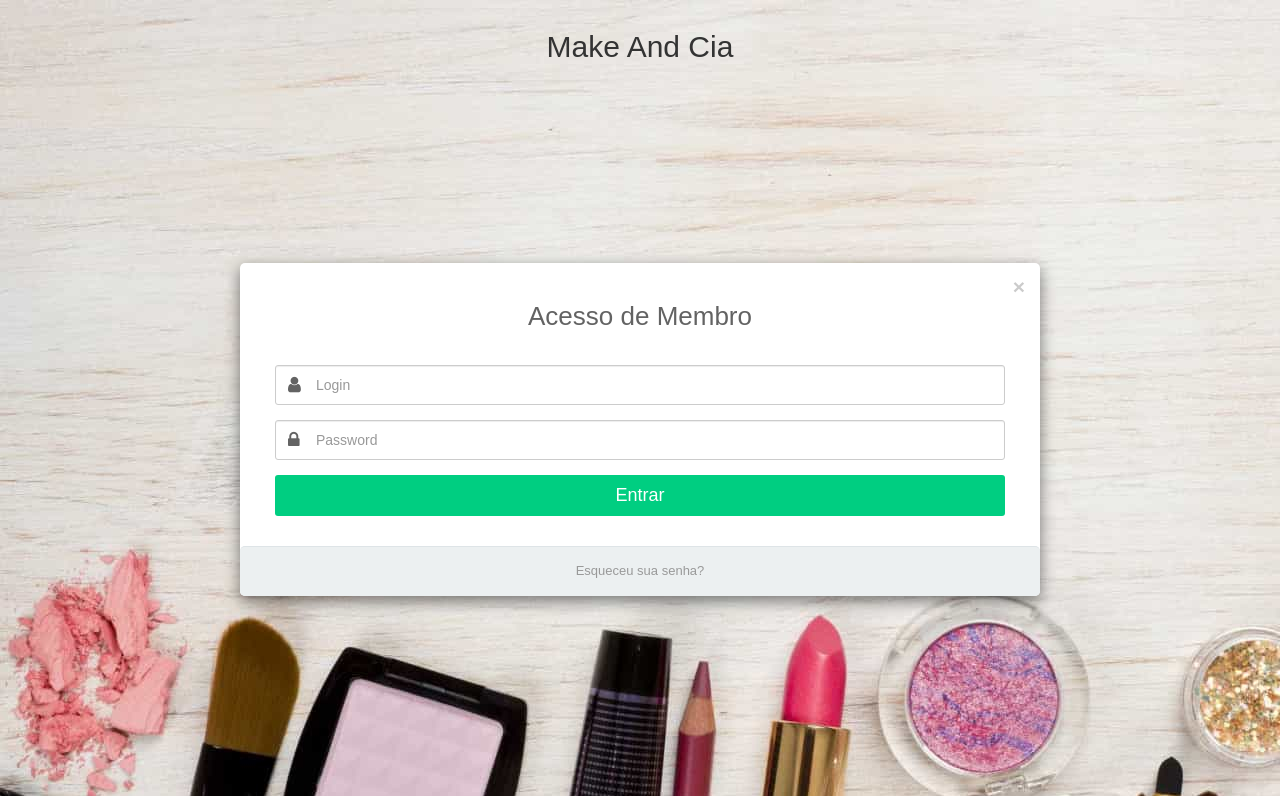
Repository: thuliobarbosa/Make_and_Cia
Page: Projeto_Make&Cia/MakeAndCia/WebContent/www/login.html
An editor plug-in stored every save of this project. The page is shown before and after the next save, followed by the edit.
The browser window is 1280 px wide. The pictures show the whole page.
Some web fonts or font styles are not loaded; a fallback is used.

Above is the page before, as saved 2020-11-10 20:04:28.

### Projeto_Make&Cia/MakeAndCia/WebContent/www/login.html
<!DOCTYPE html>
<html lang="en">
<head>
<meta charset="utf-8">
<meta http-equiv="X-UA-Compatible" content="IE=edge">
<meta name="viewport" content="width=device-width, initial-scale=1">
<title>Bootstrap Elegant Modal Login Modal Form with Icons</title>
<link href="https://fonts.googleapis.com/css?family=Roboto|Varela+Round" rel="stylesheet">
<link rel="stylesheet" href="https://maxcdn.bootstrapcdn.com/font-awesome/4.7.0/css/font-awesome.min.css">
<link rel="stylesheet" href="https://maxcdn.bootstrapcdn.com/bootstrap/3.3.7/css/bootstrap.min.css">
<script src="https://ajax.googleapis.com/ajax/libs/jquery/1.12.4/jquery.min.js"></script>
<script src="https://maxcdn.bootstrapcdn.com/bootstrap/3.3.7/js/bootstrap.min.js"></script>
<style>
    body {
		font-family: 'Varela Round', sans-serif;
		background-image: url("dist/img/make2.jpg")
	}
	.title {
		margin: 30px auto;
		text-align: center;
	}
	.modal-login {
		color: #636363;
		width: 800px;
		margin: 200px auto;
	}
	.modal-login .modal-content {
		padding: 20px;
		border-radius: 5px;
		border: none;
	}
	.modal-login .modal-header {
		border-bottom: none;
		position: relative;
		justify-content: center;
	}
	.modal-login h4 {
		text-align: center;
		font-size: 26px;
	}
	.modal-login  .form-group {
		position: relative;
	}
	.modal-login i {
		position: absolute;
		left: 13px;
		top: 11px;
		font-size: 18px;
	}
	.modal-login .form-control {
		padding-left: 40px;
	}
	.modal-login .form-control:focus {
		border-color: #00ce81;
	}
	.modal-login .form-control, .modal-login .btn {
		min-height: 40px;
		border-radius: 3px;
	}
	.modal-login .hint-text {
		text-align: center;
		padding-top: 10px;
	}
	.modal-login .close {
        position: absolute;
		top: -5px;
		right: -5px;
	}
	.modal-login .btn {
		background: #00ce81;
		border: none;
		line-height: normal;
	}
	.modal-login .btn:hover, .modal-login .btn:focus {
		background: #00bf78;
	}
	.modal-login .modal-footer {
		background: #ecf0f1;
		border-color: #dee4e7;
		text-align: center;
		margin: 0 -20px -20px;
		border-radius: 5px;
		font-size: 13px;
		justify-content: center;
	}
	.modal-login .modal-footer a {
		color: #999;
	}
	.trigger-btn {
		display: inline-block;
		margin: 100px auto;
	}
</style>
</head>
<body>

	<div class="title">
		<h2>Make And Cia</h2>
	</div>


<!-- Modal HTML -->
	<div class="modal-dialog modal-login">
		<div class="modal-content">
			<div class="modal-header">
				<h4 class="modal-title">Acesso de Membro</h4>
				<button type="button" class="close" data-dismiss="modal" aria-hidden="true">&times;</button>
			</div>
			<div class="modal-body">
				<form role="form" id="tela-login">
					<div class="form-group">
						<i class="fa fa-user"></i>
						<input type="text" class="form-control" placeholder="Login" required="required" id="">
					</div>
					<div class="form-group">
						<i class="fa fa-lock"></i>
						<input type="password" class="form-control" placeholder="Password" required="required">
					</div>
					<div class="form-group">
						<input type="submit" class="btn btn-primary btn-block btn-lg" value="Entrar">
					</div>
				</form>
			</div>
			<div class="modal-footer">
				<a href="#">Esqueceu sua senha?</a>
			</div>
		</div>
	</div>
</body>
</html>

After the next save:
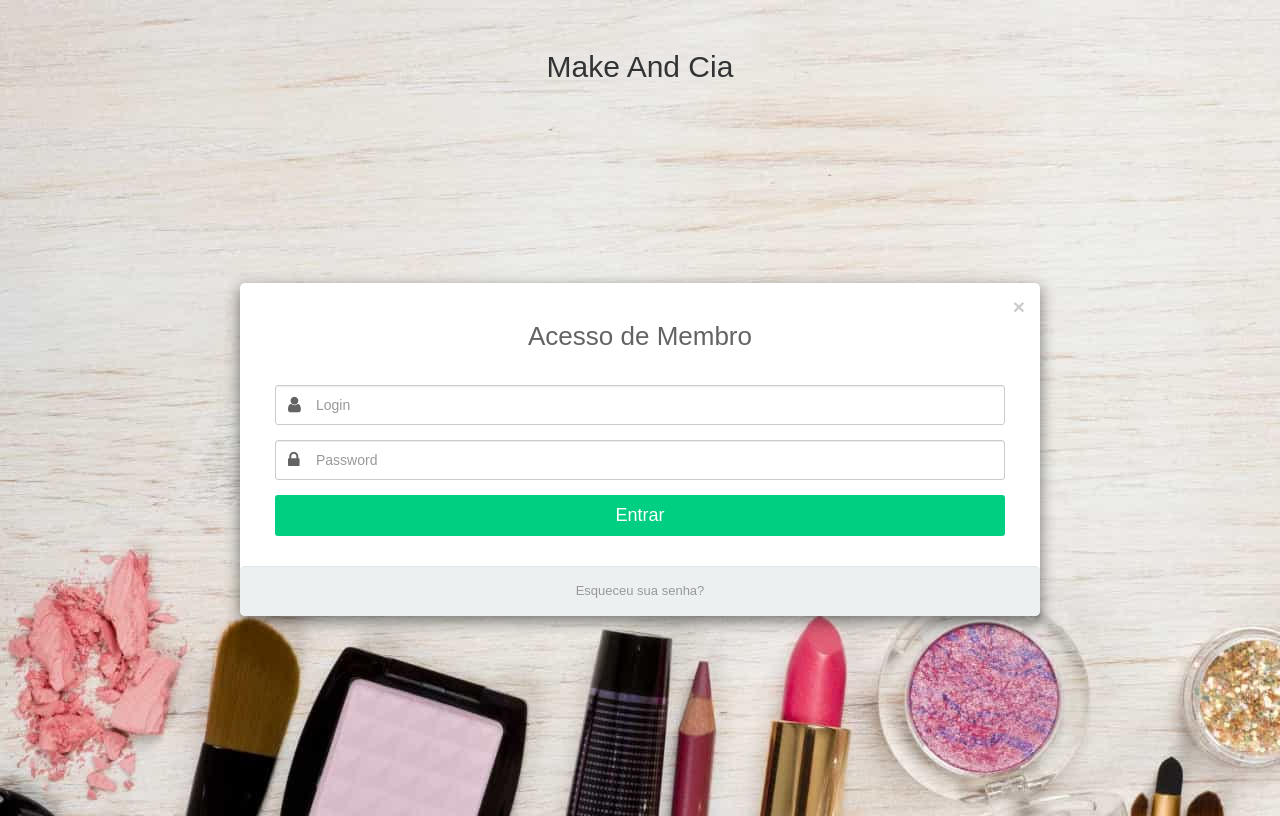
Saved 5 s later.
--- a/Projeto_Make&Cia/MakeAndCia/WebContent/www/login.html
+++ b/Projeto_Make&Cia/MakeAndCia/WebContent/www/login.html
@@ -16,7 +16,7 @@
 		background-image: url("dist/img/make2.jpg")
 	}
 	.title {
-		margin: 30px auto;
+		margin: 50px auto;
 		text-align: center;
 	}
 	.modal-login {
